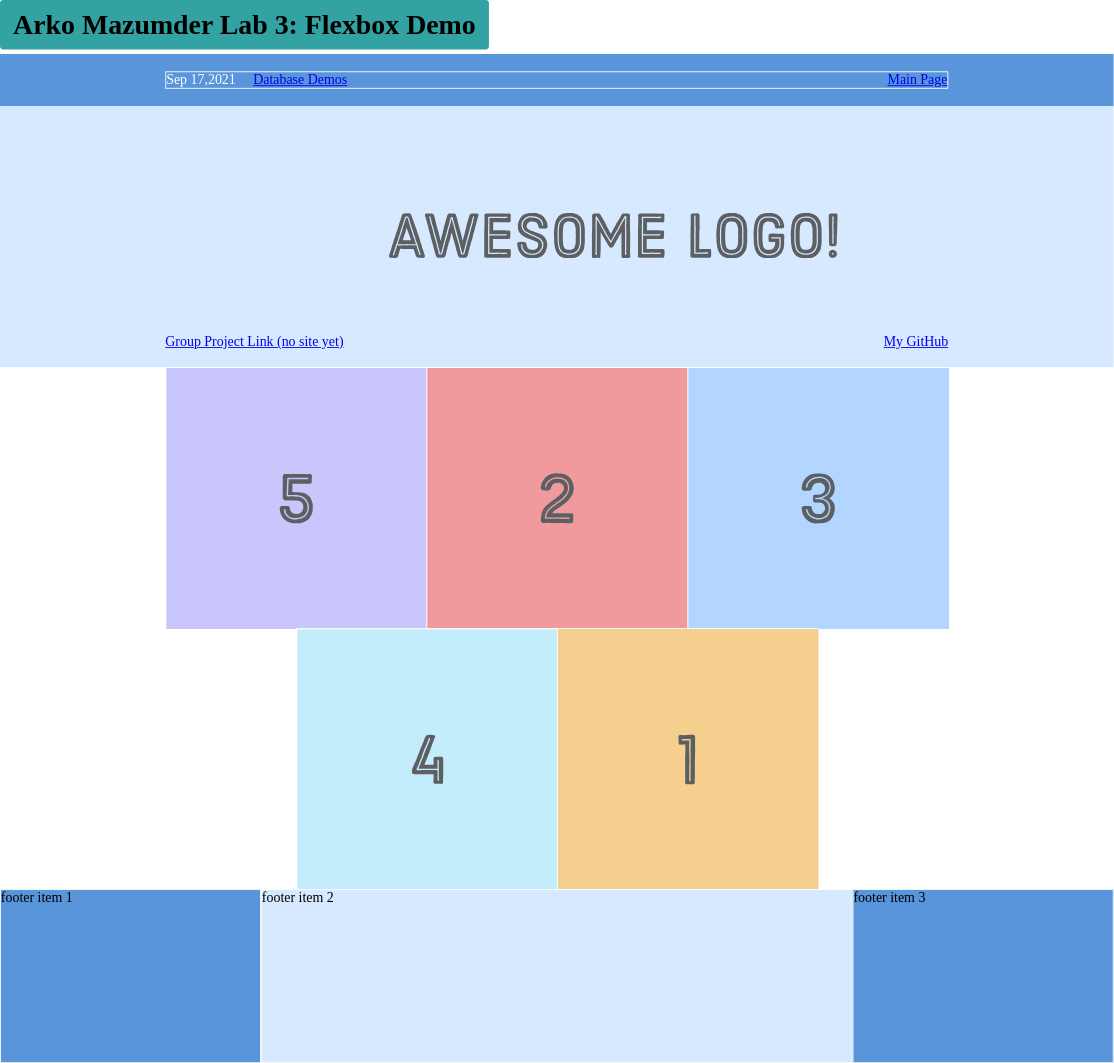
Repository: arkomz/INST377-Lab-Work
Page: client/lab_3/index.html
The author's editor kept a copy of each file at every save. The page is drawn from the files as they stood at one save, then again after the next save.
The browser window is 1280 px wide. The pictures show the whole page, at 87% of full size.

Above is the page before, as saved 2021-09-17 15:31:57.

### client/lab_3/index.html
<!DOCTYPE html>
<html lang='en'>
  <head>
    <meta charset='UTF-8'/>
    <title>Arko Mazumder</title>
    <link rel='stylesheet' href='styles.css'/>
  </head>
  <body>
    <div class = 'wrapper'>
    <h1 class='title'> Arko Mazumder Lab 3: Flexbox Demo</h1>
    <div class='menu-container'>
      <div class='menu'>
        <div class='date'>Sep 17,2021</div>

              <div class='login'> <a href = 'data.html'> Database Demos </a> </div>
              <div class='signup'> <a href = 'index.html'> Main Page </a> </div>

      </div>
      </div>

      <div class='header-container'>
            <div class='header'>
            <div class='subscribe'> <a href =  "https://INST377Group4.com"> Group Project Link (no site yet)</a></div>
            <div class='logo'><img src='images/awesome-logo.svg'/></div>
            <div class='social'> <a href = "https://github.com/arkomz"> My GitHub </a> </div>
          </div>
        </div>

    <div class='photo-grid-container'>
              <div class='photo-grid'>
                <div class='photo-grid-item first-item'>
                  <img src='images/one.svg'/>
                </div>
                <div class='photo-grid-item'>
                  <img src='images/two.svg'/>
                </div>
                <div class='photo-grid-item'>
                  <img src='images/three.svg'/>
                </div>
                <div class='photo-grid-item'>
                  <img src='images/four.svg'/>
                </div>
                <div class='photo-grid-item last-item'>
                  <img src='images/five.svg'/>
                </div>
              </div>
            </div>

            <div class='footer'>
            <div class='footer-item Footer One footer-one'> footer item 1</div>
            <div class='footer-item footer-two'> footer item 2</div>
            <div class='footer-item footer-three'> footer item 3</div>
          </div>

    </div>
  </body>

### client/lab_3/styles.css
* {
    margin: 0;
    padding: 0;
    box-sizing: border-box;
  }

  .title{
    display: inline-block;
    background-color: rgba(0,139, 139,0.8);
    border-radius: 4px;
    padding: 10px 15px;
    margin: 0;
    margin-bottom: 5px;
  }

  .menu-container {
    color: #fff;
    background-color: #5995DA;  /* Blue */
    padding: 20px 0;
    display: flex;
    justify-content: center;
  }

  .menu {
    border: 1px solid #fff;
    width: 900px;
    display: flex;
    justify-content: space-between;
  }

  .links {
    border: 1px solid #fff;  /* For debugging */
    display: flex;
    justify-content: flex-end;
  }

  .login {
    margin-left: 20px;
  }

  .header-container {
    color: #5995DA;
    background-color: #D6E9FE;
    display: flex;
    justify-content: center;
  }

  .header {
    width: 900px;
    height: 300px;
    display: flex;
    justify-content: space-between;
    align-items: center;
  }

  .photo-grid-container {
    display: flex;
    justify-content: center;
  }

  .photo-grid {
    width: 900px;
    display: flex;
    justify-content: center;
    flex-wrap: wrap;
    flex-direction: row;
    align-items: center;
  }

  .photo-grid-item {
    border: 1px solid #fff;
    width: 300px;
    height: 300px;
  }

  .first-item {
    order: 1;
  }

  .last-item {
    order: -1;
  }

  .social,
  .subscribe {
    align-self: flex-end;
    margin-bottom: 20px;
    }

    .footer {
        display: flex;
        justify-content: space-between;
      }

  .footer-item {
    border: 1px solid #fff;
    background-color: #D6E9FE;
    height: 200px;
    flex: 1;
  }

  .footer-three {
    flex: 2;
  }

  .footer-one,
  .footer-three {
    background-color: #5995DA;
    flex: initial;
    width: 300px;
  }

  .signup {
       color: #fff;
    margin-left: auto;
  }

After the next save:
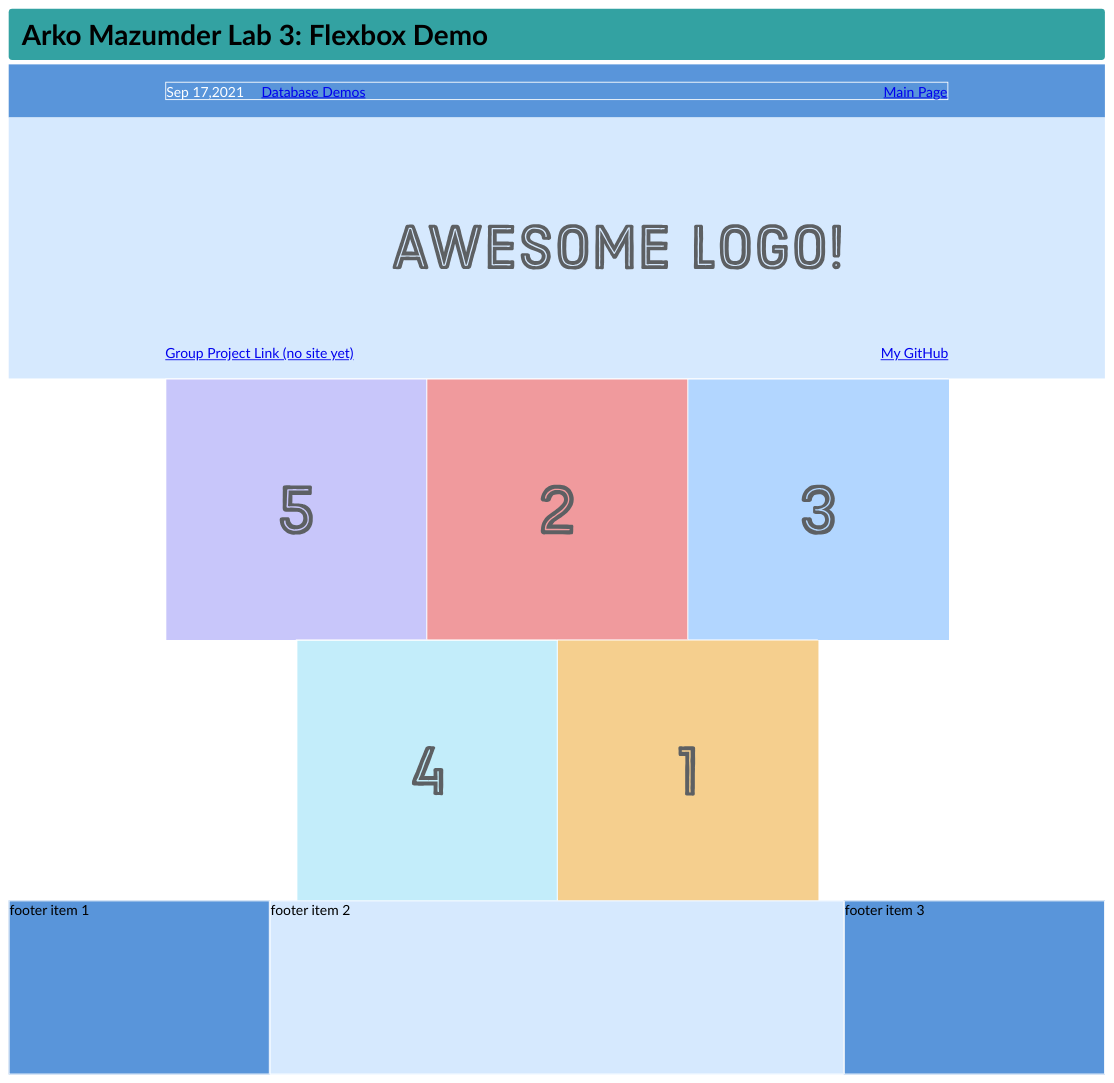
Saved 47 s later.
--- a/client/lab_3/styles.css
+++ b/client/lab_3/styles.css
@@ -3,6 +3,14 @@
     padding: 0;
     box-sizing: border-box;
   }
+
+  .wrapper {
+    display:flex;
+    flex-direction: column;
+    font-family: ‘Segoe UI’, Candara, ‘Bitstream Vera Sans’, ‘DejaVu Sans’, ‘Bitsream Vera Sans’, ‘Trebuchet MS’, Verdana, ‘Verdana Ref’, sans-serif;
+    margin:10px;
+  }
+
 
   .title{
     display: inline-block;
